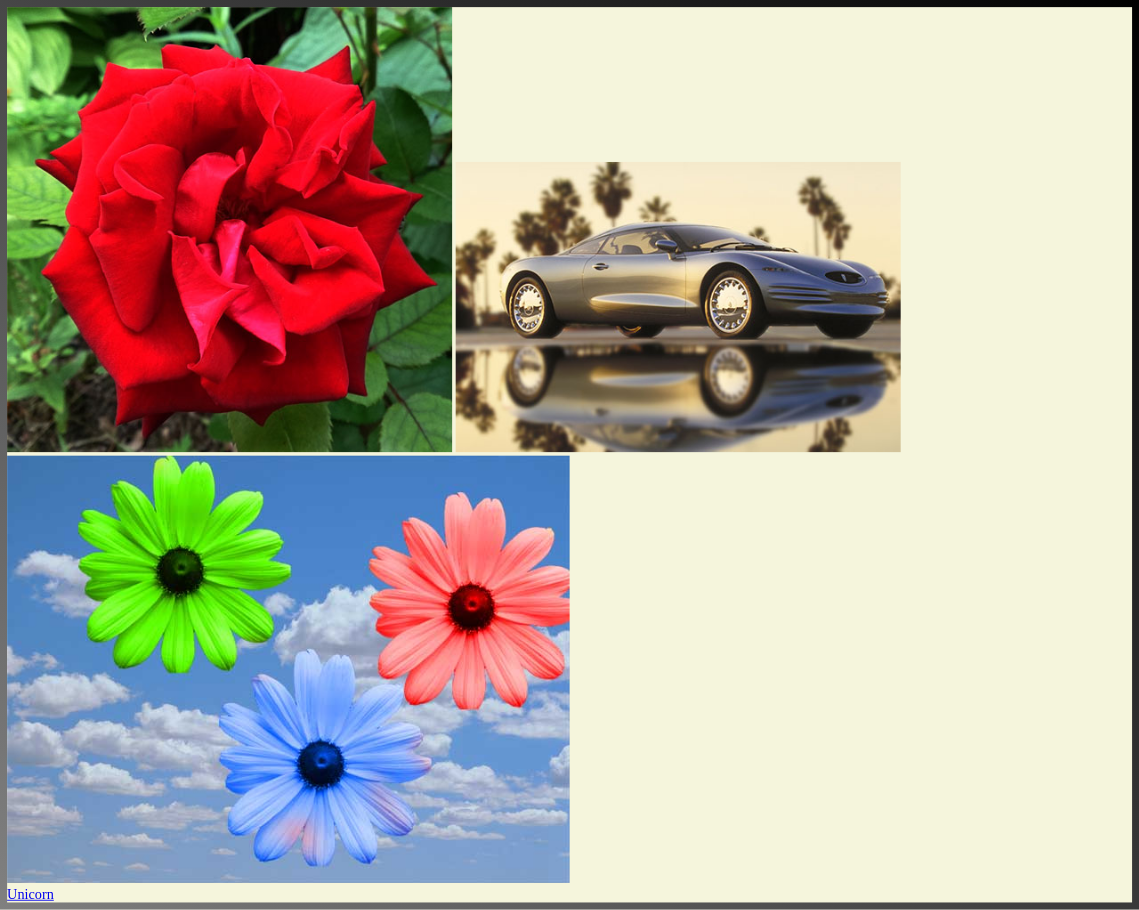
Repository: ViggoSkj/VGY
Page: ovningar/photoshopovning/photoshopovning.html
These files come from the project's save history. The page is drawn as it stood at one moment and after the next save; the edit follows.
The browser window is 1280 px wide. The pictures show the whole page, at 89% of full size.

Above is the page before, as saved 2022-11-27 12:03:01.

### ovningar/photoshopovning/photoshopovning.html
<!DOCTYPE html>
<html lang="en">
    <head>
        <meta charset="UTF-8">
        <meta http-equiv="X-UA-Compatible" content="IE=edge">
        <meta name="viewport" content="width=device-width, initial-scale=1.0">
        <title>Document</title>
        <link rel="stylesheet" href="public/css/style.css">
    </head>
    <body class="photoshopovningar">
        <div class="container">
            <div class="images">
                <img src="public/images/ros_edited.jpg" alt="ros">
                <img src="public/images/bil_edited.jpg" alt="bil">
                <img src="public/images/sky_and_flower.jpg" alt="1 röd, 1, blå och 1 grönn blomma på en himmel">
            </div>

            <div id="myfooter">
                <a href="https://validator.w3.org/unicorn/check?ucn_uri=labb.vgy.se/~viggosg/ovningar/photoshopovningar.html&ucn_task=conformance">Unicorn</a>
             </div>
        </div>
    </body>
</html>

### ovningar/photoshopovning/public/css/style.css
body
{
    background-image: linear-gradient(45deg, gray, black);
}

.container
{
    background-color: beige;
}

.images
{

}

After the next save:
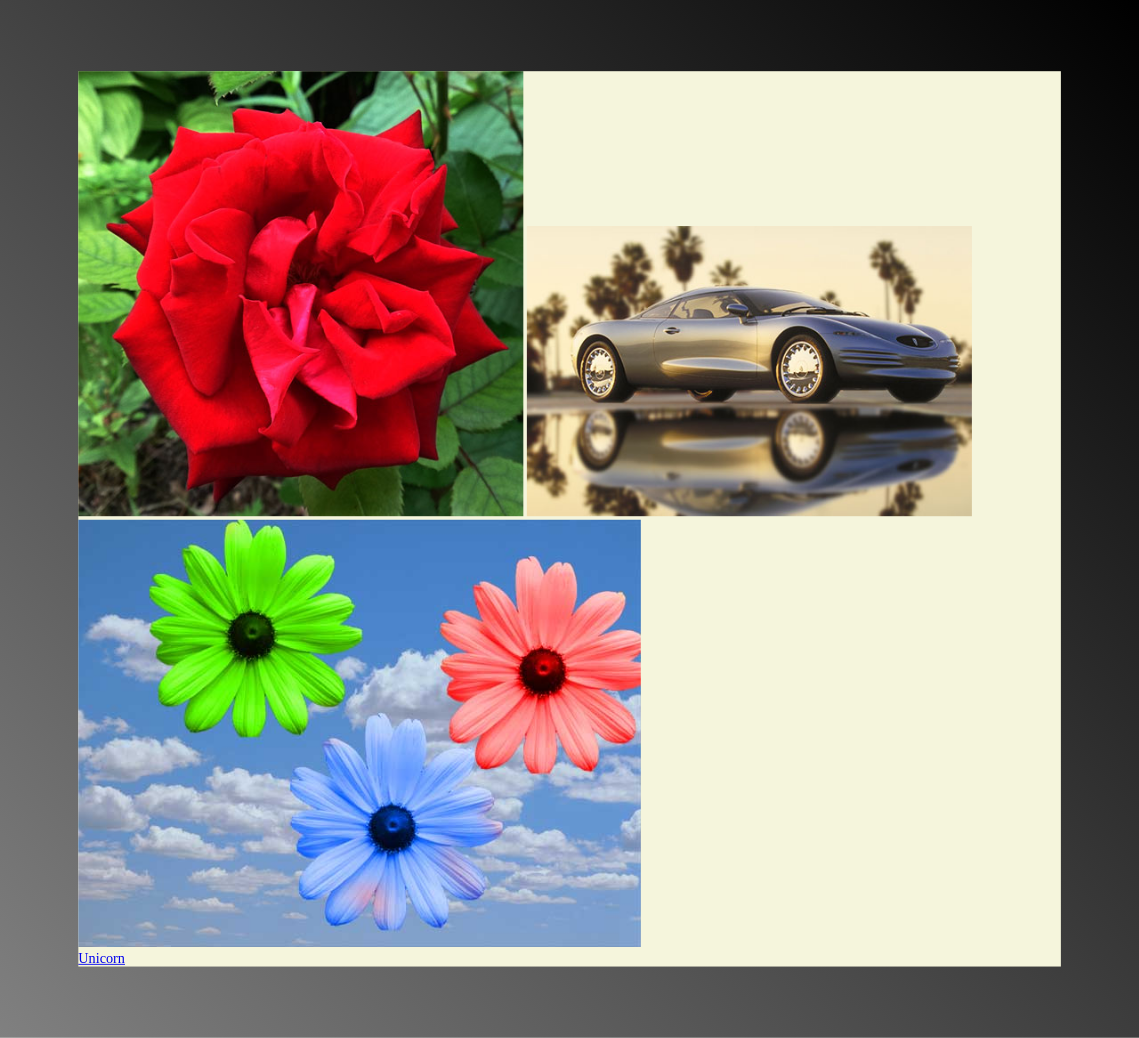
Saved 8 s later.
--- a/ovningar/photoshopovning/public/css/style.css
+++ b/ovningar/photoshopovning/public/css/style.css
@@ -6,6 +6,7 @@ body
 .container
 {
     background-color: beige;
+    margin: 5em;
 }
 
 .images
